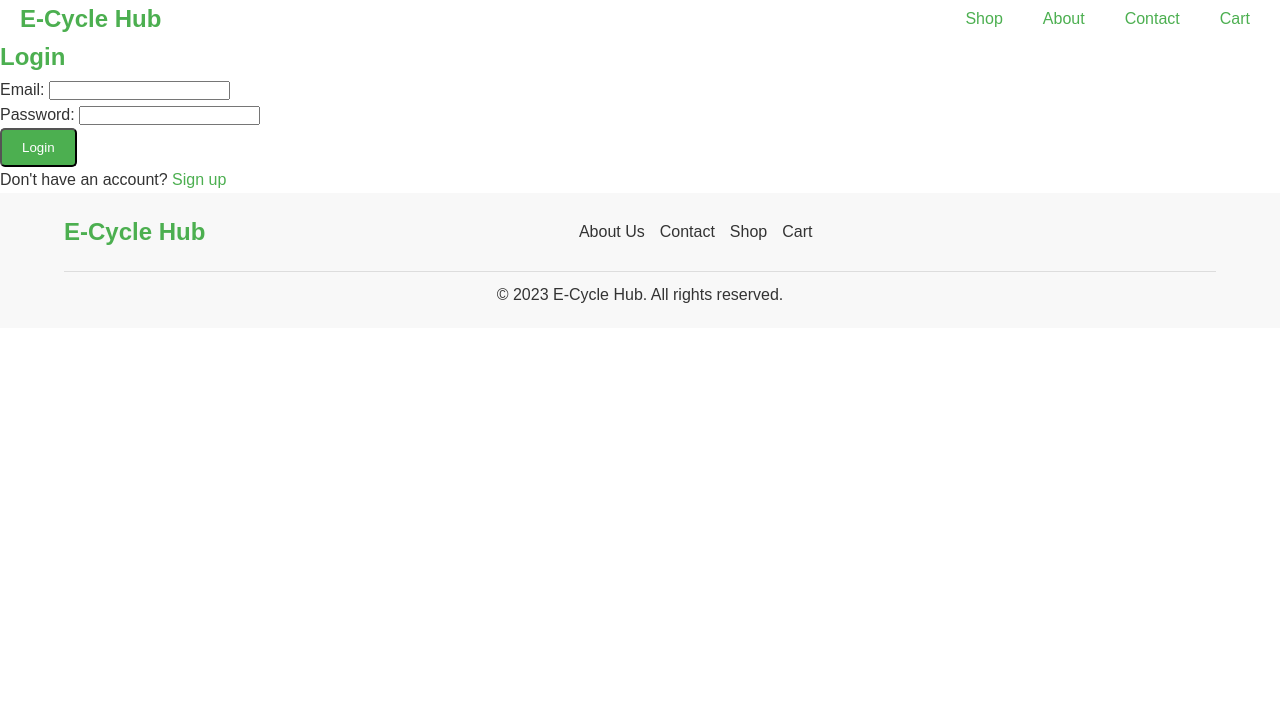
Repository: Rutuja-g/E-Cycle-Hub
Page: public/login.html
These files come from the project's save history. The page is drawn as it stood at one moment and after the next save; the edit follows.
The browser window is 1280 px wide. The pictures show the whole page.

Above is the page before, as saved 2025-10-21 18:20:47.

### public/login.html
<!DOCTYPE html>
<html lang="en">
  <head>
    <meta charset="UTF-8" />
    <meta name="viewport" content="width=device-width, initial-scale=1.0" />
    <title>Login - E-Cycle Hub</title>
    <link rel="icon" href="favicon.ico" type="image/x-icon" />
    <link rel="stylesheet" href="css/reset.css" />
    <link rel="stylesheet" href="css/variables.css" />
    <link rel="stylesheet" href="css/main.css" />
  </head>
  <body>
    <header>
      <nav>
        <div class="logo">
          <a href="index.html">E-Cycle Hub</a>
        </div>
        <ul class="nav-links">
          <li><a href="shop.html">Shop</a></li>
          <li><a href="about.html">About</a></li>
          <li><a href="contact.html">Contact</a></li>
          <li><a href="cart.html">Cart</a></li>
          <li id="user-info" style="display: none">
            <span id="user-name"></span> | <a href="#" id="logout">Logout</a>
          </li>
        </ul>
      </nav>
    </header>

    <main>
      <section class="login-form">
        <h2>Login</h2>
        <form id="loginForm">
          <div class="form-group">
            <label for="email">Email:</label>
            <input type="email" id="email" name="email" required />
            <span class="error" id="emailError"></span>
          </div>
          <div class="form-group">
            <label for="password">Password:</label>
            <input type="password" id="password" name="password" required />
            <span class="error" id="passwordError"></span>
          </div>
          <button type="submit" class="btn">Login</button>
        </form>
        <p>Don't have an account? <a href="signup.html">Sign up</a></p>
      </section>
    </main>

    <footer>
      <div class="footer">
        <div class="container">
          <div class="footer-content">
            <div class="footer-logo">
              <h2>E-Cycle Hub</h2>
            </div>
            <div class="footer-links">
              <ul>
                <li><a href="about.html">About Us</a></li>
                <li><a href="contact.html">Contact</a></li>
                <li><a href="shop.html">Shop</a></li>
                <li><a href="cart.html">Cart</a></li>
              </ul>
            </div>
            <div class="footer-social">
              <a href="#" aria-label="Facebook"
                ><i class="fab fa-facebook-f"></i
              ></a>
              <a href="#" aria-label="Twitter"
                ><i class="fab fa-twitter"></i
              ></a>
              <a href="#" aria-label="Instagram"
                ><i class="fab fa-instagram"></i
              ></a>
            </div>
          </div>
          <div class="footer-bottom">
            <p>&copy; 2023 E-Cycle Hub. All rights reserved.</p>
          </div>
        </div>
      </div>
    </footer>

    <script src="js/auth.js"></script>
  </body>
</html>

### public/css/reset.css
html
/* CSS Reset */
* {
    margin: 0;
    padding: 0;
    box-sizing: border-box;
}

html, body {
    height: 100%;
    font-family: Arial, sans-serif;
}

img {
    max-width: 100%;
    height: auto;
}

a {
    text-decoration: none;
    color: inherit;
}

ul {
    list-style: none;
}

button {
    cursor: pointer;
}

### public/css/variables.css
:root {
    --primary-color: #4CAF50; /* Green */
    --secondary-color: #FF5722; /* Deep Orange */
    --background-color: #F5F5F5; /* Light Grey */
    --text-color: #333; /* Dark Text */
    --font-family: 'Arial', sans-serif; /* Default Font */
    --font-size-base: 16px; /* Base Font Size */
    --font-size-large: 1.25rem; /* Large Font Size */
    --font-size-small: 0.875rem; /* Small Font Size */
    --border-radius: 5px; /* Border Radius for Buttons */
    --box-shadow: 0 2px 5px rgba(0, 0, 0, 0.1); /* Box Shadow */
}

### public/css/main.css
/* Main styles for E-Cycle Hub */

/* Reset some default styles */
body {
  margin: 0;
  font-family: var(--font-family, Arial, sans-serif);
  line-height: 1.6;
  color: var(--text-color, #333);
}

h1,
h2,
h3,
h4,
h5,
h6 {
  margin: 0;
  color: var(--primary-color, #4caf50);
}

a {
  text-decoration: none;
  color: var(--link-color, #4caf50);
  transition: color 0.3s ease;
}

a:hover {
  color: var(--link-hover-color, #388e3c);
}

/* Layout styles */
.container {
  width: 90%;
  max-width: 1200px;
  margin: auto;
}

/* Navbar styles */
nav {
  display: flex;
  justify-content: space-between;
  align-items: center;
  padding: 0 20px;
}

.logo a {
  font-size: 1.5em;
  font-weight: bold;
}

.nav-links {
  list-style: none;
  display: flex;
  gap: 20px;
}

.nav-links li a {
  padding: 10px;
  transition: background 0.3s;
}

.nav-links li a:hover {
  background: rgba(76, 175, 80, 0.1);
  border-radius: 5px;
}

.header,
.footer {
  background: var(--header-footer-bg, #f8f8f8);
  padding: 20px 0;
}

.header {
  position: sticky;
  top: 0;
  z-index: 1000;
}

.main-content {
  padding: 20px 0;
}

/* Hero section styles */
.hero {
  position: relative;
  display: flex;
  align-items: center;
  justify-content: center;
  min-height: 400px;
  overflow: hidden;
}

.hero-banner {
  position: absolute;
  top: 0;
  left: 0;
  width: 100%;
  height: 100%;
  object-fit: cover;
  z-index: -1;
}

.hero-content {
  text-align: center;
  color: white;
  background: rgba(0, 0, 0, 0.5);
  padding: 20px;
  border-radius: 8px;
}

.hero h1 {
  font-size: 2.5em;
  margin-bottom: 10px;
}

.hero p {
  font-size: 1.2em;
  margin-bottom: 20px;
}

.btn {
  display: inline-block;
  padding: 10px 20px;
  background: var(--primary-color, #4caf50);
  color: white;
  border-radius: 5px;
  transition: background 0.3s ease, transform 0.2s ease;
}

.btn:hover {
  background: var(--hover-color, #388e3c);
  transform: translateY(-2px);
}

/* Responsive styles */
@media (max-width: 768px) {
  .container {
    width: 95%;
  }

  .header,
  .footer {
    padding: 15px 0;
  }

  .hero {
    min-height: 300px;
  }

  .hero h1 {
    font-size: 2em;
  }

  .hero p {
    font-size: 1em;
  }
}

@media (max-width: 480px) {
  .hero {
    flex-direction: column;
    text-align: center;
  }

  .hero-content {
    padding: 15px;
  }

  .hero h1 {
    font-size: 1.8em;
  }

  .hero p {
    font-size: 0.9em;
  }

  /* Navbar responsive */
  .nav-links {
    display: none;
  }

  /* Footer responsive */
  .footer-content {
    flex-direction: column;
    text-align: center;
  }

  .footer-links ul {
    flex-direction: column;
    gap: 10px;
  }

  /* Grid responsive */
  .grid--featured {
    grid-template-columns: repeat(auto-fit, minmax(200px, 1fr));
  }
}

/* Product card styles (updated for .card class used by main.js) */
.card {
  border: 1px solid #ddd;
  border-radius: 8px;
  padding: 15px;
  margin: 10px;
  text-align: center;
  background: white;
  box-shadow: 0 2px 5px rgba(0, 0, 0, 0.1);
  transition: transform 0.3s ease, box-shadow 0.3s ease;
}

.card:hover {
  transform: translateY(-5px);
  box-shadow: 0 4px 10px rgba(0, 0, 0, 0.2);
}

.card img {
  max-width: 100%;
  height: auto;
  border-radius: 5px;
}

.card .card-title {
  margin: 10px 0;
  font-size: 1.2em;
}

.card .price {
  color: var(--price-color, #e91e63);
  font-weight: bold;
  font-size: 1.1em;
}

.card .btn {
  margin-top: 10px;
}

/* Featured products grid */
.grid--featured {
  display: grid;
  grid-template-columns: repeat(auto-fit, minmax(250px, 1fr));
  gap: 20px;
  padding: 20px 0;
}

/* Cart styles */
.cart-item {
  display: flex;
  justify-content: space-between;
  padding: 10px 0;
  border-bottom: 1px solid #ddd;
}

.cart-item img {
  width: 50px;
  height: auto;
}

.cart-total {
  font-weight: bold;
  font-size: 1.2em;
}

/* Checkout styles */
.checkout-form {
  display: flex;
  flex-direction: column;
}

.checkout-form input,
.checkout-form button {
  margin: 10px 0;
  padding: 10px;
  border: 1px solid #ddd;
  border-radius: 5px;
}

.checkout-form button {
  background: var(--primary-color, #4caf50);
  color: white;
  cursor: pointer;
}

.checkout-form button:hover {
  background: var(--hover-color, #388e3c);
}

/* Product details styles */
.product-details {
  max-width: 1200px;
  margin: 0 auto;
  padding: 20px;
  display: flex;
  flex-direction: column;
  gap: 20px;
}

.back-link {
  color: var(--primary-color, #4caf50);
  font-weight: bold;
  margin-bottom: 20px;
  display: inline-block;
}

.back-link:hover {
  color: var(--link-hover-color, #388e3c);
}

.product-image {
  flex: 1;
  max-width: 600px;
  margin: 0 auto;
}

.product-image img {
  width: 100%;
  height: auto;
  border-radius: 8px;
  box-shadow: 0 4px 10px rgba(0, 0, 0, 0.1);
}

.product-info {
  flex: 1;
  padding: 20px;
  background: white;
  border-radius: 8px;
  box-shadow: 0 2px 5px rgba(0, 0, 0, 0.1);
}

.product-info h1 {
  font-size: 2em;
  margin-bottom: 10px;
}

.product-price {
  font-size: 1.5em;
  color: var(--price-color, #e91e63);
  font-weight: bold;
  margin-bottom: 20px;
}

.product-info p {
  line-height: 1.6;
  margin-bottom: 20px;
}

.product-info .btn {
  margin-top: 20px;
}

/* Responsive for product details */
@media (max-width: 768px) {
  .product-details {
    flex-direction: column;
  }

  .product-image,
  .product-info {
    flex: none;
    width: 100%;
  }

  .product-info {
    padding: 15px;
  }

  .product-info h1 {
    font-size: 1.8em;
  }

  .product-price {
    font-size: 1.3em;
  }
}

/* Footer styles */
.footer {
  background: var(--header-footer-bg, #f8f8f8);
}

.footer-content {
  display: flex;
  justify-content: space-between;
  align-items: center;
  flex-wrap: wrap;
  gap: 20px;
}

.footer-logo h2 {
  margin: 0;
}

.footer-links ul {
  list-style: none;
  display: flex;
  gap: 15px;
}

.footer-links li a {
  color: var(--text-color, #333);
}

.footer-social a {
  margin: 0 5px;
  font-size: 1.5em;
  color: var(--primary-color, #4caf50);
}

.footer-bottom {
  text-align: center;
  margin-top: 20px;
  border-top: 1px solid #ddd;
  padding-top: 10px;
}

### public/js/auth.js
// auth.js - Handles user authentication, login, signup, and session management

(function () {
  const USERS_KEY = "ecycle_users";
  const CURRENT_USER_KEY = "ecycle_current_user";

  // Get users from localStorage
  function getUsers() {
    const users = localStorage.getItem(USERS_KEY);
    return users ? JSON.parse(users) : [];
  }

  // Save users to localStorage
  function saveUsers(users) {
    localStorage.setItem(USERS_KEY, JSON.stringify(users));
  }

  // Get current user
  function getCurrentUser() {
    const user = localStorage.getItem(CURRENT_USER_KEY);
    return user ? JSON.parse(user) : null;
  }

  // Set current user
  function setCurrentUser(user) {
    localStorage.setItem(CURRENT_USER_KEY, JSON.stringify(user));
  }

  // Clear current user (logout)
  function clearCurrentUser() {
    localStorage.removeItem(CURRENT_USER_KEY);
  }

  // Validate email format
  function validateEmail(email) {
    const emailRegex = /^[^\s@]+@[^\s@]+\.[^\s@]+$/;
    return emailRegex.test(email);
  }

  // Validate password (at least 6 characters)
  function validatePassword(password) {
    return password.length >= 6;
  }

  // Update navbar with user info
  function updateNavbar() {
    const user = getCurrentUser();
    const userInfo = document.getElementById("user-info");
    const userName = document.getElementById("user-name");
    const logout = document.getElementById("logout");

    if (user && userInfo && userName) {
      userInfo.style.display = "block";
      userName.textContent = user.name;
      if (logout) {
        logout.addEventListener("click", function (e) {
          e.preventDefault();
          clearCurrentUser();
          location.reload();
        });
      }
    } else if (userInfo) {
      userInfo.style.display = "none";
    }
  }

  // Restrict cart/checkout for non-logged-in users
  function restrictActions() {
    const user = getCurrentUser();
    const addToCartButtons = document.querySelectorAll(".btn-add-to-cart");
    const checkoutButtons = document.querySelectorAll(".btn-checkout");

    if (!user) {
      addToCartButtons.forEach((btn) => {
        btn.disabled = true;
        btn.textContent = "Login to Add to Cart";
        btn.addEventListener("click", function (e) {
          e.preventDefault();
          alert("Please login to add items to cart.");
          window.location.href = "login.html";
        });
      });

      checkoutButtons.forEach((btn) => {
        btn.disabled = true;
        btn.textContent = "Login to Checkout";
        btn.addEventListener("click", function (e) {
          e.preventDefault();
          alert("Please login to checkout.");
          window.location.href = "login.html";
        });
      });
    }
  }

  // Handle login form
  function handleLogin() {
    const form = document.getElementById("loginForm");
    if (!form) return;

    form.addEventListener("submit", function (e) {
      e.preventDefault();

      const email = document.getElementById("email").value.trim();
      const password = document.getElementById("password").value;
      const emailError = document.getElementById("emailError");
      const passwordError = document.getElementById("passwordError");

      // Clear previous errors
      emailError.textContent = "";
      passwordError.textContent = "";

      let isValid = true;

      if (!validateEmail(email)) {
        emailError.textContent = "Please enter a valid email address.";
        isValid = false;
      }

      if (!validatePassword(password)) {
        passwordError.textContent = "Password must be at least 6 characters.";
        isValid = false;
      }

      if (!isValid) return;

      const users = getUsers();
      const user = users.find(
        (u) => u.email === email && u.password === password
      );

      if (user) {
        setCurrentUser(user);
        alert("Login successful!");
        window.location.href = "index.html";
      } else {
        emailError.textContent = "Invalid email or password.";
      }
    });
  }

  // Handle signup form
  function handleSignup() {
    const form = document.getElementById("signupForm");
    if (!form) return;

    form.addEventListener("submit", function (e) {
      e.preventDefault();

      const name = document.getElementById("name").value.trim();
      const email = document.getElementById("email").value.trim();
      const password = document.getElementById("password").value;
      const confirmPassword = document.getElementById("confirmPassword").value;

      const nameError = document.getElementById("nameError");
      const emailError = document.getElementById("emailError");
      const passwordError = document.getElementById("passwordError");
      const confirmPasswordError = document.getElementById(
        "confirmPasswordError"
      );

      // Clear previous errors
      nameError.textContent = "";
      emailError.textContent = "";
      passwordError.textContent = "";
      confirmPasswordError.textContent = "";

      let isValid = true;

      if (!name) {
        nameError.textContent = "Name is required.";
        isValid = false;
      }

      if (!validateEmail(email)) {
        emailError.textContent = "Please enter a valid email address.";
        isValid = false;
      }

      if (!validatePassword(password)) {
        passwordError.textContent = "Password must be at least 6 characters.";
        isValid = false;
      }

      if (password !== confirmPassword) {
        confirmPasswordError.textContent = "Passwords do not match.";
        isValid = false;
      }

      if (!isValid) return;

      const users = getUsers();
      const existingUser = users.find((u) => u.email === email);

      if (existingUser) {
        emailError.textContent = "Email already registered.";
        return;
      }

      const newUser = { name, email, password };
      users.push(newUser);
      saveUsers(users);
      setCurrentUser(newUser);

      alert("Signup successful!");
      window.location.href = "index.html";
    });
  }

  // Initialize auth functionality
  document.addEventListener("DOMContentLoaded", function () {
    updateNavbar();
    restrictActions();
    handleLogin();
    handleSignup();
  });
})();

### public/css/auth.css
/* Auth styles for login and signup pages */

body {
  margin: 0;
  font-family: var(--font-family, Arial, sans-serif);
  line-height: 1.6;
  color: var(--text-color, #333);
  background: linear-gradient(135deg, #4caf50 0%, #ff5722 100%);
  background-attachment: fixed;
  min-height: 100vh;
  display: flex;
  flex-direction: column;
}

main {
  flex: 1;
  display: flex;
  align-items: center;
  justify-content: center;
  padding: 20px;
}

.login-form,
.signup-form {
  background: rgba(255, 255, 255, 0.95);
  padding: 40px;
  border-radius: 15px;
  box-shadow: 0 10px 30px rgba(0, 0, 0, 0.2);
  width: 100%;
  max-width: 350px;
  text-align: center;
  backdrop-filter: blur(10px);
}

.login-form h2,
.signup-form h2 {
  font-size: 2em;
  margin-bottom: 30px;
  color: var(--primary-color, #4caf50);
  font-weight: bold;
}

.form-group {
  margin-bottom: 20px;
  text-align: left;
}

.form-group label {
  display: block;
  margin-bottom: 5px;
  font-weight: bold;
  color: var(--text-color, #333);
}

.form-group input {
  width: 100%;
  padding: 12px;
  border: none;
  border-radius: 8px;
  background: #f9f9f9;
  font-size: 1em;
  transition: all 0.3s ease;
  box-sizing: border-box;
}

.form-group input:focus {
  outline: none;
  background: #fff;
  box-shadow: 0 0 0 3px rgba(76, 175, 80, 0.3);
}

.btn {
  width: 100%;
  padding: 12px;
  background: var(--primary-color, #4caf50);
  color: white;
  border: none;
  border-radius: 8px;
  font-size: 1em;
  font-weight: bold;
  cursor: pointer;
  transition: all 0.3s ease;
  margin-top: 10px;
}

.btn:hover {
  background: #388e3c;
  transform: scale(1.02);
}

.login-form p,
.signup-form p {
  margin-top: 20px;
  font-size: 0.9em;
  color: #666;
}

.login-form a,
.signup-form a {
  color: var(--primary-color, #4caf50);
  text-decoration: none;
  transition: color 0.3s ease;
}

.login-form a:hover,
.signup-form a:hover {
  color: #388e3c;
  text-decoration: underline;
}

.error {
  color: #f44336;
  font-size: 0.8em;
  margin-top: 5px;
  display: block;
  opacity: 0;
  transition: opacity 0.3s ease;
}

.error.show {
  opacity: 1;
}

.success {
  color: #4caf50;
  font-size: 0.9em;
  margin-top: 10px;
  opacity: 0;
  transition: opacity 0.3s ease;
}

.success.show {
  opacity: 1;
}

.logo-auth {
  margin-bottom: 20px;
}

.logo-auth img {
  height: 50px;
}

/* Responsive styles */
@media (max-width: 600px) {
  .login-form,
  .signup-form {
    padding: 30px 20px;
    max-width: 100%;
  }

  .login-form h2,
  .signup-form h2 {
    font-size: 1.8em;
  }

  .form-group input {
    padding: 10px;
    font-size: 0.9em;
  }

  .btn {
    padding: 10px;
    font-size: 0.9em;
  }
}

After the next save:
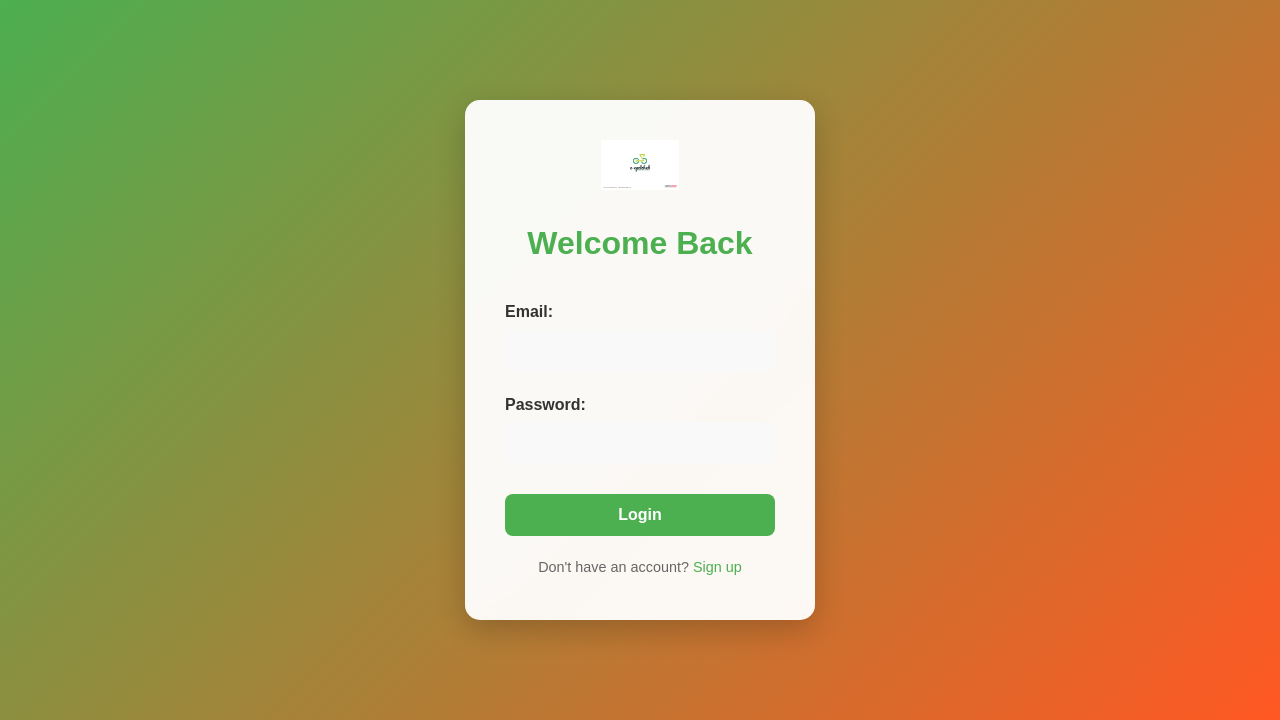
Saved 23 s later.
--- a/public/login.html
+++ b/public/login.html
@@ -8,28 +8,19 @@
     <link rel="stylesheet" href="css/reset.css" />
     <link rel="stylesheet" href="css/variables.css" />
     <link rel="stylesheet" href="css/main.css" />
+    <link rel="stylesheet" href="css/auth.css" />
   </head>
   <body>
-    <header>
-      <nav>
-        <div class="logo">
-          <a href="index.html">E-Cycle Hub</a>
-        </div>
-        <ul class="nav-links">
-          <li><a href="shop.html">Shop</a></li>
-          <li><a href="about.html">About</a></li>
-          <li><a href="contact.html">Contact</a></li>
-          <li><a href="cart.html">Cart</a></li>
-          <li id="user-info" style="display: none">
-            <span id="user-name"></span> | <a href="#" id="logout">Logout</a>
-          </li>
-        </ul>
-      </nav>
+    <header style="display: none">
+      <!-- Header hidden for auth pages -->
     </header>
 
     <main>
       <section class="login-form">
-        <h2>Login</h2>
+        <div class="logo-auth">
+          <img src="assets/images/logo.jpg" alt="E-Cycle Hub Logo" />
+        </div>
+        <h2>Welcome Back</h2>
         <form id="loginForm">
           <div class="form-group">
             <label for="email">Email:</label>
@@ -47,38 +38,8 @@
       </section>
     </main>
 
-    <footer>
-      <div class="footer">
-        <div class="container">
-          <div class="footer-content">
-            <div class="footer-logo">
-              <h2>E-Cycle Hub</h2>
-            </div>
-            <div class="footer-links">
-              <ul>
-                <li><a href="about.html">About Us</a></li>
-                <li><a href="contact.html">Contact</a></li>
-                <li><a href="shop.html">Shop</a></li>
-                <li><a href="cart.html">Cart</a></li>
-              </ul>
-            </div>
-            <div class="footer-social">
-              <a href="#" aria-label="Facebook"
-                ><i class="fab fa-facebook-f"></i
-              ></a>
-              <a href="#" aria-label="Twitter"
-                ><i class="fab fa-twitter"></i
-              ></a>
-              <a href="#" aria-label="Instagram"
-                ><i class="fab fa-instagram"></i
-              ></a>
-            </div>
-          </div>
-          <div class="footer-bottom">
-            <p>&copy; 2023 E-Cycle Hub. All rights reserved.</p>
-          </div>
-        </div>
-      </div>
+    <footer style="display: none">
+      <!-- Footer hidden for auth pages -->
     </footer>
 
     <script src="js/auth.js"></script>
